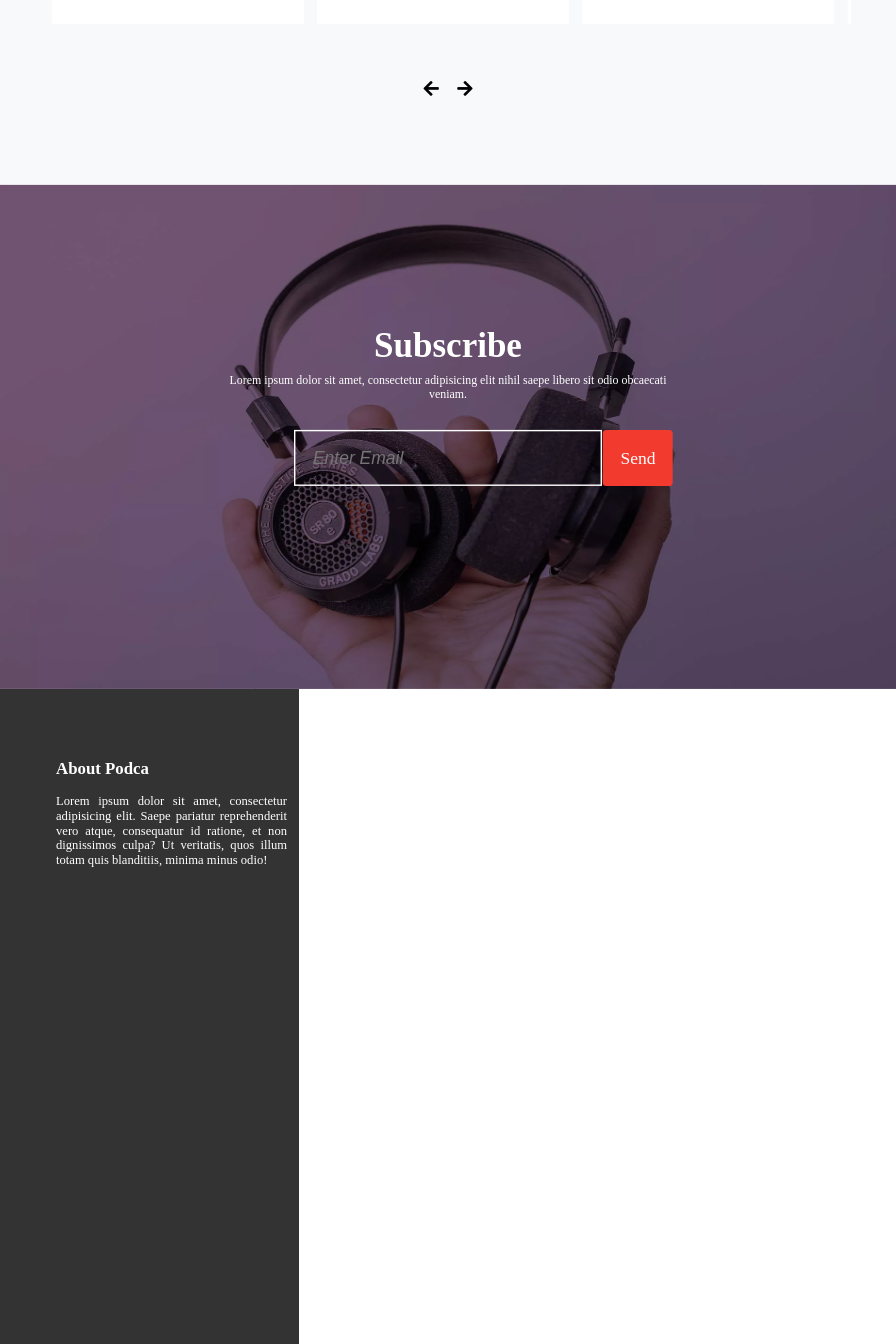
Repository: nhutduy0803/template2
Page: index.html
These files come from the project's save history. The page is drawn as it stood at one moment and after the next save; the edit follows.
The browser window is 1280 px wide. The pictures show the part of the page from y = 4533 to 6453 px (the page is 6453 px tall), at 70% of full size.

Above is the page before, as saved 2021-12-10 18:32:12.

After the next save:
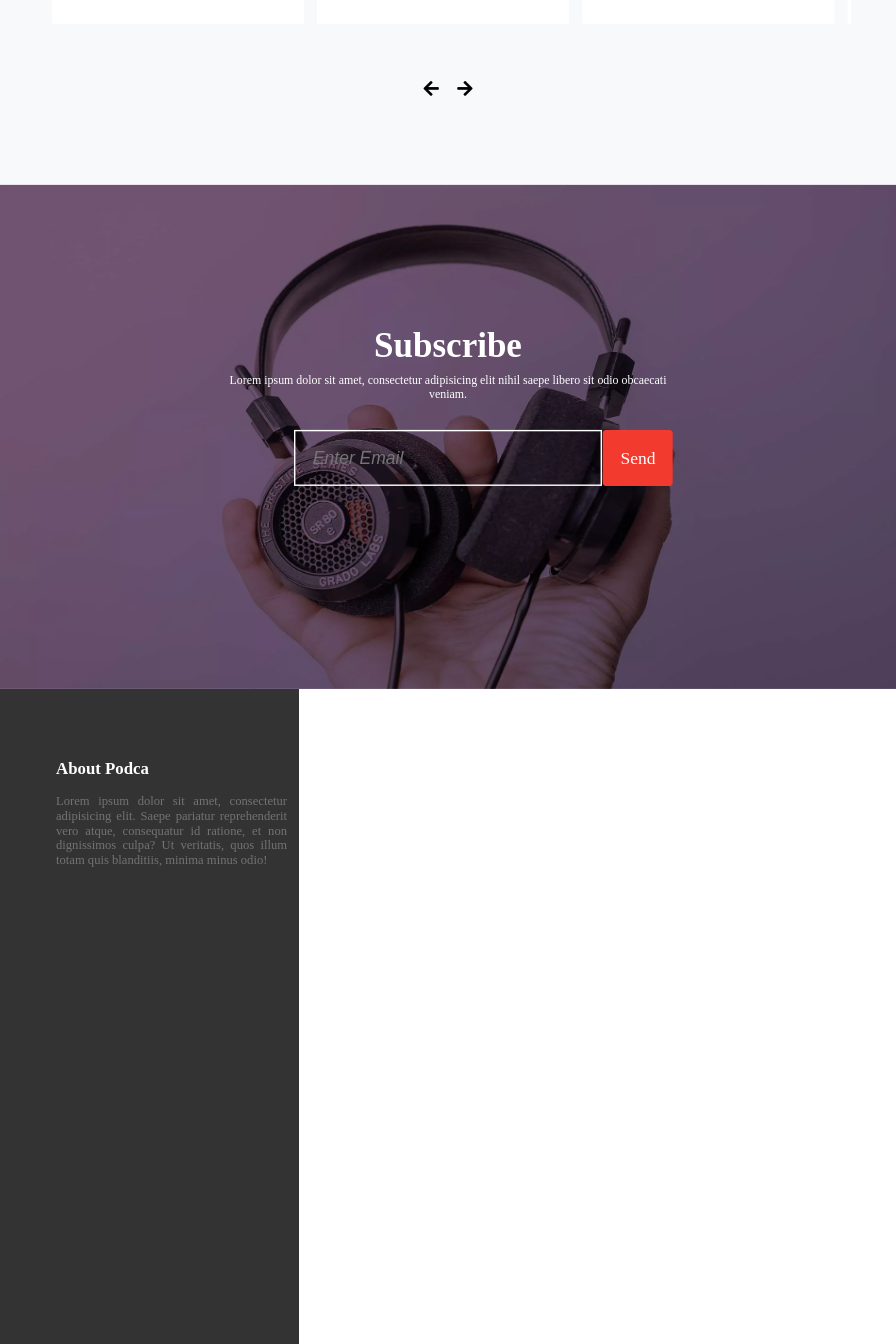
Saved 25 s later.
--- a/assets/css/style.css
+++ b/assets/css/style.css
@@ -815,7 +815,7 @@
   position: absolute;
   text-align: justify;
   top: 150px;
-  color: #fff;
+  color: #737373;
   left: 80px;
   width: 330px;
   height: 35px;
